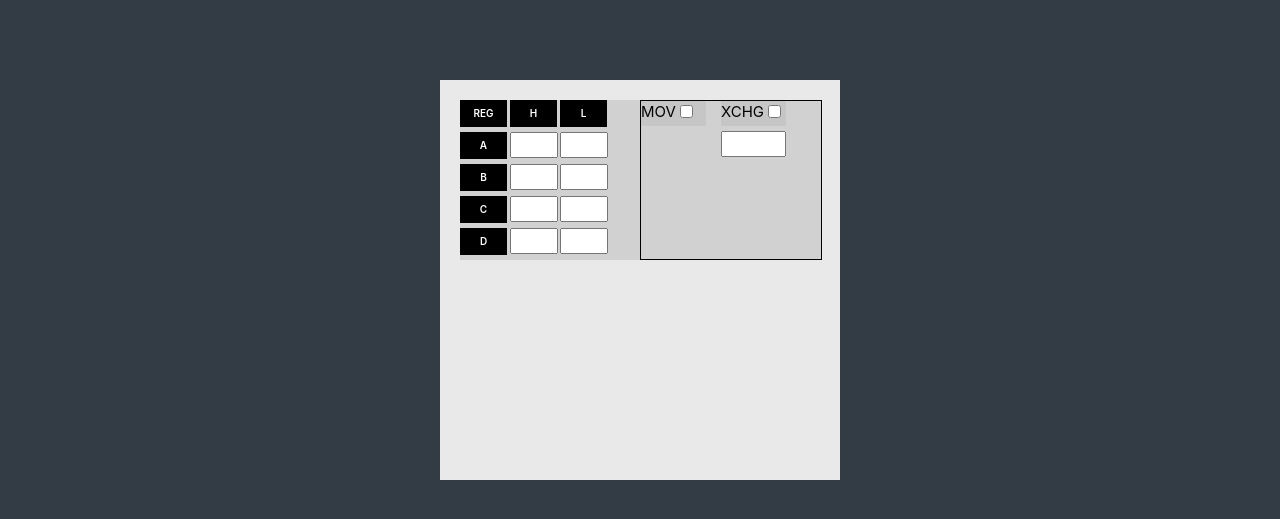
Repository: piookr-wsei/8086
Page: /
An editor plug-in stored every save of this project. The page is shown before and after a run of saves, followed by the edit.
The browser window is 1280 px wide. The pictures show the whole page.
The project was rebuilt for these pictures with package versions that can differ from the ones it lists, and the page was loaded fresh each time.

Above is the page before, as saved 2022-06-18 21:15:45.

After the next 2 saves:
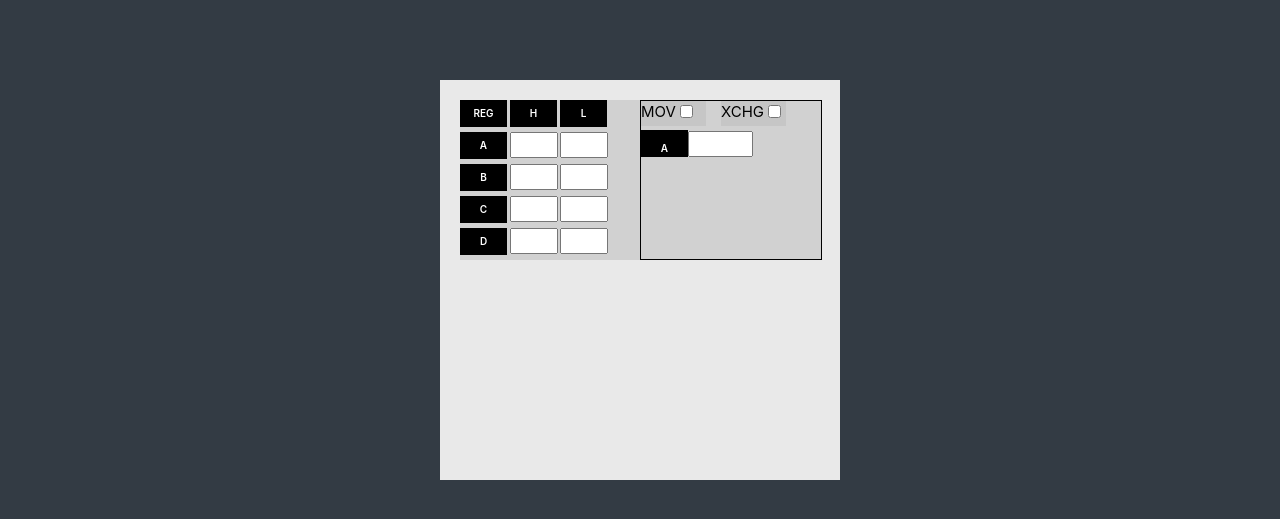
The 2 saves are shown as one change because 1 did not build or start.
The last was saved 64 s later.
--- a/src/Components/Components.elements.js
+++ b/src/Components/Components.elements.js
@@ -92,6 +92,14 @@ export const LineWrap = styled.div`
     align-items: center;
 `
 
-export const NumDesc = styled.div`
+export const NumSC = styled.div`
     width: 80px;
 `
+
+export function NumDesc(props){
+    return(
+        <RegDescSC>
+            <DescText>{props.textContent}</DescText>
+        </RegDescSC>
+    )
+}
